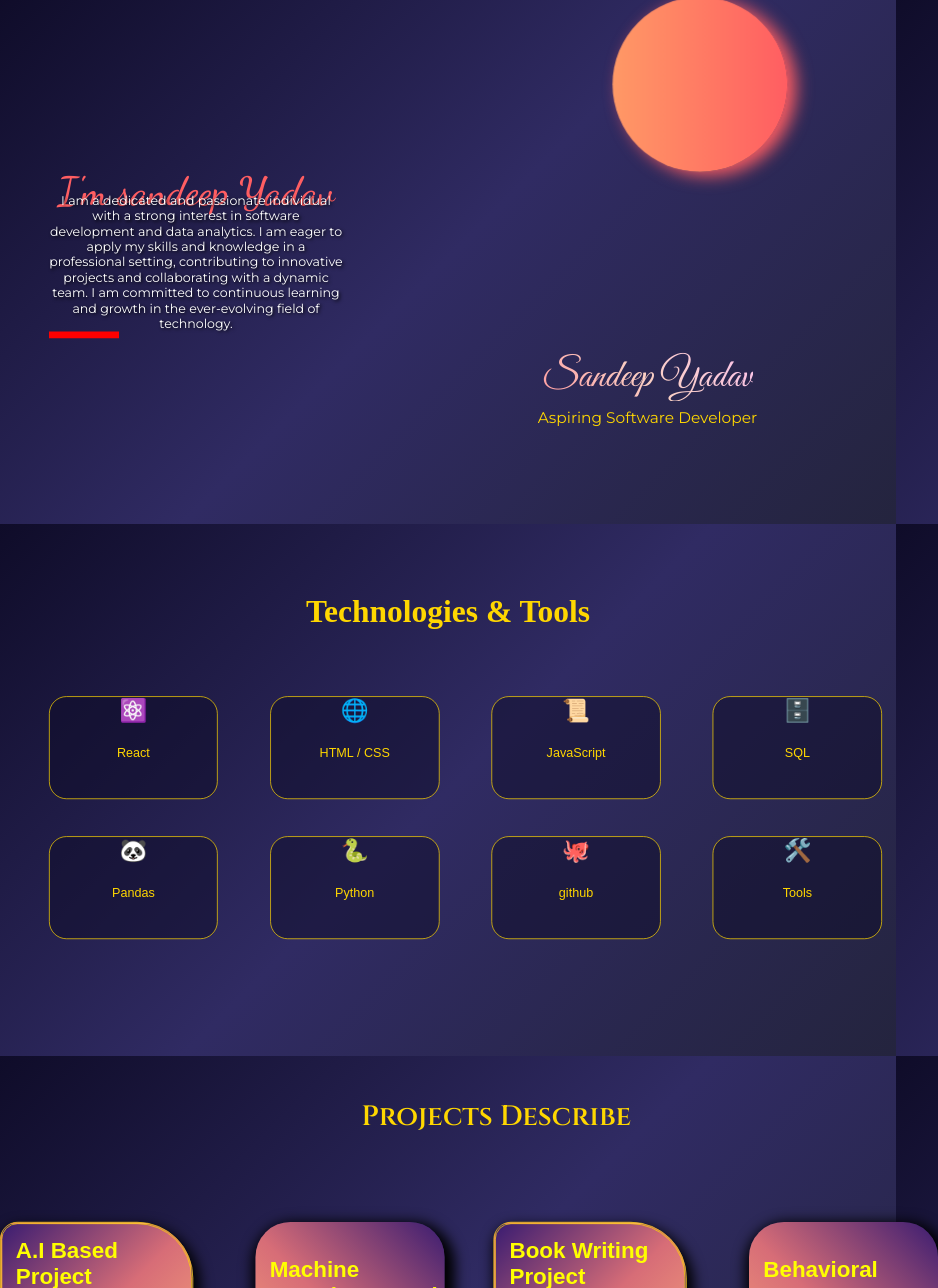
Repository: SandeepYadav18717/Sandeep_portfolio
Page: /
An editor plug-in stored every save of this project. The page is shown before and after the next save, followed by the edit.
The browser window is 1280 px wide. The page is 1340 px wide, so the pictures cover 1340 px, including what lies to the right of the window. The pictures show the part of the page from y = 772 to 2612 px (the page is 3800 px tall before and 3840 px after), at 70% of full size.
The project was rebuilt for these pictures with package versions that can differ from the ones it lists, and the page was loaded fresh each time. Also part of the build but not shown: vite.config.js, src/index.css.

Above is the page before, as saved 2025-09-02 02:08:22.

### index.html
<<<<<<< HEAD
 <!DOCTYPE html>
<html lang="en">
<head>
    <meta charset="UTF-8">
    <meta name="viewport" content="width=device-width, initial-scale=1.0">
    <title>Portfolio - Sandeep Yadav</title>
    <style>
        body {
            margin: 0;
            font-family: 'Arial', sans-serif;
            background-color: #ffffff;
            color: #333333;
            height: 100vh;
            display: flex;
            flex-direction: column;
            justify-content: space-between;
        }

        .container {
            max-width: 1200px;
            margin: 0 auto;
            padding: 20px;
            flex: 1;
        }

        .navbar {
            display: flex;
            justify-content: space-between;
            align-items: center;
            padding: 20px;
            background-color: #f8f8f8;
            box-shadow: 0 4px 8px rgba(0, 0, 0, 0.1);
            animation: slideIn 1s ease-out;
        }

        .navbar ul {
            list-style: none;
            display: flex;
            gap: 20px;
        }

        .navbar ul li {
            display: inline;
        }

        .navbar ul li a {
            color: #333333;
            text-decoration: none;
            font-weight: bold;
            transition: color 0.3s;
        }

        .navbar ul li a:hover {
            color: #007bff;
        }

        .hero {
            text-align: center;
            padding: 100px 20px;
            background: linear-gradient(135deg, #f8f8f8, #ffffff);
            animation: fadeIn 2s ease-in-out;
            flex: 1;
        }

        .hero h1 {
            font-size: 3em;
            margin: 0;
            color: #007bff;
            animation: bounceIn 1.5s ease-in-out;
        }

        .hero p {
            font-size: 1.2em;
            margin: 20px 0;
            color: #333333;
            animation: fadeIn 2s ease-in-out;
        }

        .hero a {
            display: inline-block;
            padding: 10px 20px;
            color: #ffffff;
            background-color: #007bff;
            text-decoration: none;
            border-radius: 5px;
            transition: background-color 0.3s;
            animation: fadeIn 2s ease-in-out;
        }

        .hero a:hover {
            background-color: #0056b3;
        }

        .footer {
            text-align: center;
            padding: 20px;
            background-color: #f8f8f8;
            animation: slideIn 1s ease-out;
        }

        .footer a {
            color: #007bff;
            text-decoration: none;
        }

        @keyframes slideIn {
            from {
                transform: translateY(-100%);
                opacity: 0;
            }
            to {
                transform: translateY(0);
                opacity: 1;
            }
        }

        @keyframes fadeIn {
            from {
                opacity: 0;
            }
            to {
                opacity: 1;
            }
        }

        @keyframes bounceIn {
            0%, 20%, 40%, 60%, 80%, 100% {
                transform: translateY(0);
            }
            50% {
                transform: translateY(-20px);
            }
        }
    </style>
</head>
<body>
    <div class="container">
        <nav class="navbar">
            <div class="logo">
                <h1>Portfolio</h1>
            </div>
            <ul>
                <li><a href="index.html">Home</a></li>
                <li><a href="about sandeep.html">About</a></li>
                <li><a href="Sandeep port experience.html">Skills</a></li>
                <li><a href="Sandeep port certifications.html">Certificates</a></li>
            </ul>
        </nav>

        <section class="hero" id="home">
            <h1>Hello! I Am Sandeep Yadav</h1>
            <p>Welcome to my portfolio. Explore my work and skills.</p>

        </section>

        <footer class="footer">
            <p>Connect with me on <a href="https://instagram.com/sandeepyadav782707?utm_source=qr&igshid=ZDc4ODBmNjlmNQ%3D%3D">Instagram</a> and <a href="https://www.linkedin.com/in/sandeep-yadav-0b6357210">LinkedIn</a></p>
        </footer>
    </div>
</body>
</html>
=======
<!doctype html>
<html lang="en">
  <head>
    <meta charset="UTF-8" />
    <link rel="icon" type="image/svg+xml" href="/vite.svg" />
    <meta name="viewport" content="width=device-width, initial-scale=1.0" />
    <title>Vite + React</title>
  </head>
  <body>
    <div id="root"></div>
    <script type="module" src="/src/main.jsx"></script>
  </body>
</html>
>>>>>>> 4fd1c6c (Initial upload of React portfolio project)

### src/App.jsx
import { useEffect } from "react";
import Navbar from "./navbar/Navbar";
import Index from "./Pages/Index";
import Skills from "./Pages/Skills";
import Cards from "./Cards/Cards";
import Contact from "./Contact/contact";
import "./App.css";

function App() {
  useEffect(() => {
    const observer = new IntersectionObserver(
      (entries) => {
        entries.forEach((entry) => {
          if (entry.isIntersecting) {
            entry.target.classList.add("visible");
          } else {
            entry.target.classList.remove("visible");
          }
        });
      },
      { threshold: 0.2 } // 20% section visible hote hi trigger
    );

    document.querySelectorAll(".section").forEach((sec) => {
      observer.observe(sec);
    });

    return () => observer.disconnect();
  }, []);

  return (
    <>
      <Navbar />
      <section id="home" className="section"><Index /></section>
      <section id="skills" className="section"><Skills /></section>
      <section id="projects" className="section"><Cards /></section>
      <section id="contact" className="section"><Contact /></section>
    </>
  );
}

export default App;

### src/Navbar/Navbar.jsx
import "./Navabr.css";



import { useState,useEffect } from 'react'
function Navbar() {
  const [loaded, setLoaded] = useState(false);

  useEffect(() => {
    // Trigger animation when component mounts
    setLoaded(true);
  }, []);
  function About(){
    location.href = 'Home.jsx';
    console.log("clickedded");
  }
  function Project(){
    location.href = 'Cards.jsx';
    console.log("clicked");
  }

    return (
        <div id="container">
       <a href="#home" className="nav-item">Home</a>
        <a href="#skills" className="nav-item">Skills</a>
        <a href="#projects" className="nav-item">Projects</a>
        <a href="#contact" className="nav-item">Contact</a>
        </div>
    )
}

export default Navbar;

### src/Pages/Index.jsx

import "./Home.css";

function Home() {
  return (
    <>

     <div id="detail">
     <div id="overlay">I'm sandeep Yadav</div>
     <div id="bg-Photo"></div>
     <div id="intro">
          I am a dedicated and passionate individual with a strong interest in
          software development and data analytics. I am eager to apply my skills
          and knowledge in a professional setting, contributing to innovative
          projects and collaborating with a dynamic team. I am committed to
          continuous learning and growth in the ever-evolving field of
          technology.
      <div id="Linkdin">
        <div id="Linkdin">
          <div id="Linkdin"></div></div></div>
        </div>


   <div id="name">
          Sandeep Yadav
        </div>
   <div id="role">
          Aspiring Software Developer
        </div>

     </div>
     <br/><br/><br/><br/><br/>
    </>
  );
}

export default Home;

### src/Pages/Skills.jsx
import { Card } from "../Cards/Cards"
import "./Skills.css"


function Skills() {
  return (
    <>
      <h1> Technologies & Tools</h1>
      <div id="card-skill">
        <Card
          className="card-skill-1"
          title={<h3>⚛️</h3>}
          description="React"
        />
        <Card
          className="card-skill-2"
          title={<h3>🌐</h3>}
          description="HTML / CSS"
        />
        <Card
          className="card-skill-3"
          title={<h3>📜</h3>}
          description="JavaScript"
        />
        <Card
          className="card-skill-4"
          title={<h3>🗄️</h3>}
          description="SQL"
        />
      </div>

      {/* another div line 2 */}
      <div id="card-skill">
        <Card
          className="card-skill-1"
          title={<h3>🐼</h3>}
          description="Pandas"
        />
        <Card
          className="card-skill-2"
          title={<h3>🐍</h3>}
          description="Python"
        />
        <Card
          className="card-skill-3"
          title={<h3>🐙</h3>}
          description="github"
        />
        <Card
          className="card-skill-4"
          title={<h3>🛠️</h3>}
          description="Tools"
        />
      </div>
    </>
  )
}

export default Skills;

### src/Cards/Cards.jsx
import "./Card.css";

function Card(props) {
  return (
    <div className={props.className}>
       {/* //<div className="card-1"> </div> */}
      <div className={props.backClass}>
        {/* //<div className="Back"> </div> */}
        <h3>{props.title}{props.icon}</h3>
          {/* title="Machine Learning Project" */}
        <p>{props.description}</p>
      </div>
    </div>
  );
}

function Cards() {
  return (
    <div>
    <text

        style={{

          color: "#FFD700",
        fontFamily: 'Cinzel',
          textAlign: "center",
          fontSize: "40px",
          marginTop: "25%",
          marginLeft:"40%"
        }}
      >
        Projects Describe
      </text>

      <div id="card-contain">
        {/* Card-1 */}
        <Card
        className="card-1"
        backClass="Back"
        title="A.I Based Project"
        description="Developed a back-end system using Python and pandas to automatically send
          tailored mass emails to more than 1000 recipients. Developed a user-friendly
          front-end   , CSS, and JavaScript, enabling users to upload
          files and extract over 100 email addresses. Successfully implemented logic to
          dynamically populate email templates, reducing 20% manual effort."
        />

        {/* Card-2 */}
        <Card
          className="card-2"
          backClass="Back-X"
          title="Machine Learning Based"
          description="Created a Supervised Learning model for Behavioral Pattern Recognition to
          effectively arrange and distribute time for more than 15 user tasks. 10% more
          user productivity and time savings were achieved through suggested performance
          enhancements and intelligent time allocation using HTML, CSS, JavaScript, and ML."
        />

        {/* Card-3 */}
        <Card
          className="card-3"
          backClass="Back"
          title="Book Writing Project"
          description="Co-authoring a technical book on Machine Learning (ML) concepts and applications with 1+ one or more faculty members.
 Using real-world examples in Python, I have written and organized more than 5 chapters on the basics of supervised learning techniques, such as linear regression.
"
        />

        {/* Card-4 */}
        <Card
          className="card-4"
          backClass="Back-X"
          title="Behavioral Pattern Recognition"
          description="Created a Supervised Learning model for Behavioral Pattern Recognition to
          effectively..."
        />
      </div>
    </div>
  );
}
export { Card };
export default Cards;

### src/Contact/contact.jsx
import { useState } from "react";
import "./contact.css";

function Contact() {
  const [name, setName] = useState("");
  const [Email, setEmail] = useState("");
  const [phone, setPhone] = useState("");
  function on(event){
    setName(event.target.value)

  }
   function email(event){
    setEmail(event.target.value)

  }
   function Phone(event){
    setPhone(event.target.value)

  }


  return (
    <>
    <div id="heading">Get in <span style={{color:"gold"}}>Touch</span> With Us
</div>
<br />
<div id="value">
      <input
        type="text"
        onChange={on}

        placeholder="Enter your name"
        className="input-box"
      /><br />
      {name}

      <br />

      <input
      className="input-box"
        type="email"
        onChange={email}
        placeholder="Enter your Email"
      /><br />
     Email is: {Email}
<br />
       <input
       className="input-box"
        type="Phone"
        onChange={Phone}

        placeholder="Enter your Phone number"
      />
      <br />
      Mobile No:{phone}
      <br />
    <br />

  <button >submit</button>
    </div>
    </>
  );
}


export default Contact;

### src/App.css
html { scroll-behavior: smooth; }

.section {
  min-height: 100vh;
  opacity: 0;
  transform: translateY(80px);
  transition: all 1.2s ease-in-out;
  transition-delay: 0.3s;
}

.section.visible {
  opacity: 1;
  transform: translateY(0);
}

### src/Navbar/Navabr.css
@import url('https://fonts.googleapis.com/css2?family=Press+Start+2P&display=swap');
html {
  scroll-behavior: smooth;
}
#container {
    height: 70px;
    width: 100%;
    display: flex;
    justify-content: space-evenly;
    align-items: center;
    font-family: 'Press Start 2P', cursive;
    color: #4e3940;
    background-color: transparent;
    transition: all 0.2s ease-in-out;
}
#container

.nav-item {
    padding: 10px 25px;
    border-radius: 10px;


    transition: all 0.4s ease;
}

#container .nav-item:hover {
    text-shadow: 2px 2px 5px whitesmoke;
    box-shadow: 0 10px 20px rgba(0,0,0,0.5);
    transform: translateY(-10px) scale(1.1);
    background-color:  #4e3940;
    color: whitesmoke;
    cursor: pointer;
}

body{
    background: linear-gradient(135deg,black);
    height: 100vh;
}

### src/Pages/Home.css
@import url('https://fonts.googleapis.com/css2?family=Great+Vibes&display=swap');
@import url("https://fonts.googleapis.com/css2?family=Dancing+Script:wght@600&display=swap");

#detail {
  position: relative;
  margin-top: 0%;
  height: auto;
  padding: 50px;
  display: flex;
  flex-direction: column;
  align-items: center;
}

#bg-Photo {
  height: 250px;
  width: 250px;
  background: linear-gradient(to right, #ff9966, #ff5e62);
  border-radius: 50%;
  margin-bottom: 30px;
  margin-left: 100vh;
  box-shadow: 12px 5px 25px #ff5e62;
  animation: photoSlide 1.5s ease forwards;
}

@keyframes photoSlide {
  from {
    transform: translateY(-200%);
    opacity: 0;
  }
  to {
    transform: translateY(0);
    opacity: 1;
  }
}


#name {
  font-family: 'Montserrat', sans-serif;
  font-size: 30px;
  color: white;
  margin-bottom: 10px;
  margin-left: 50%;
  animation: nameSlide 1.5s ease forwards;
}

@keyframes nameSlide {
  from {
    transform: translateX(-100%);
    opacity: 0;
  }
  to {
    transform: translateX(0);
    opacity: 1;
  }
}


#role {
  font-family: 'Montserrat', sans-serif;
  font-size: 22px;
  color: #ffd700;
  margin-bottom: 20px;
  animation: roleSlide 1.5s ease forwards;
  margin-left: 50%;
}

@keyframes roleSlide {
  from {
    transform: translateX(100%);
    opacity: 0;
  }
  to {
    transform: translateX(0);
    opacity: 1;
  }
}


#intro {
  font-family: 'Montserrat', sans-serif;
  font-size: 18px;
  color: white;
  text-align: center;
  margin-right: 100vh;
  max-width: 100vh;
  text-shadow: 2px 2px 5px black;
  animation: introSlide 2s ease forwards;
  opacity: 0;
}

@keyframes introSlide {
  from {
    transform: translateY(200%);
    opacity: 0;
  }
  to {
    transform: translateY(0);
    opacity: 1;
  }
}
#overlay {
  position: absolute;
  color:  #ff5e62;
  top: 40%;
  left: 5%;
  font-size: 400%;
  height: 100%;
}

#name {
  font-family: 'Great Vibes', cursive;
  font-size: 3.5rem;
  text-align: center;
  margin-top: 20px;


  background: linear-gradient(45deg, #ff9a9e, #fad0c4, #fbc2eb);
  background-clip: text;
  -webkit-text-fill-color: transparent;
}
#overlay{
   font-family:  'Dancing Script', cursive;
  font-size: 3.5rem;
  text-align: center;


}
#Linkdin{
  height:10px;
  width:100px;
  background-color: red;

}

### src/Pages/Skills.css
@import url("https://fonts.googleapis.com/css2?family=Monoton&display=swap");

html {
  scroll-behavior: smooth;
}
h1 {
  text-align: center;
  color: gold;

  margin-top: 20px;
  font-size: 250%;
  margin-top: 5%;
  font-family: 'Bebas Neue';
}
#card-skill {
  height: 200px;
  display: flex;

  align-items: center;
  gap:2%;
  border-radius: 20px;
  color: white;
  width:100%




}
.card-skill-1,.card-skill-2,.card-skill-3,.card-skill-4{
    background-color:  rgba(15, 12, 41, 0.7);
    border: 1px solid gold;
    height:145px;
    width:250px;
    background: rgba(15, 12, 41, 0.5);
    border-radius: 25px;
    margin-left: 4%;
    margin-top: 5%;
    text-align: center;
    color: #ffd700


 ;


}
.card-skill-1:hover,.card-skill-2:hover,.card-skill-3:hover,.card-skill-4:hover,.card-skill.h3:hover{
    border-color: #ffd700;
    box-shadow: 10px 15px 15px rgba(255, 215, 0, 0.2),  0 2.5px 5px crimson;
    transform: scale(1.3);
    border:2px, double ,gold;

}
.card-skill.h3 {
  color: yellow;
  background: transparent;
  display: inline-block;
  font-size: 20px;
  transition: transform 0.3s ease, color 0.3s ease;
  height: 35px;
  width:250px;
}

### src/Cards/Card.css
@import url('https://fonts.googleapis.com/css2?family=Montserrat:wght@400;700&display=swap');
@import url('https://fonts.googleapis.com/css2?family=Cinzel:wght@600&display=swap');

.aesthetic-heading {
  font-family: 'Cinzel', serif;
  font-size: 65px;
  letter-spacing: 4px;
  color: #e0c097;
  text-align: center;
  margin-top: 50px;
  text-shadow: 2px 2px 15px rgba(224, 192, 151, 0.6);
}

#card-contain{
    display: flex;

    height:250px;
    margin-top: 10%;
    justify-content: center;
    border-radius: 25px;
    gap:4%



}


.Back {
  background: linear-gradient(135deg, #3a1c71, #d76d77, #ffaf7b);
  height: 250px;
  width: 250px;
  border-radius: 25px 80px 25px  80px;
  border: 3px double gold;
   margin-left: 0px;
   padding-left: 20px;
   padding-top: 20px;
  transition: transform 0s ease;
  box-shadow: 5px 10px 18px 5px black ;
  animation: card 1s ease-in-out 0s;

}
@keyframes card {
  0%{
    transform: scale(0.5);
    opacity: 0;


  }


  100%{
    transform: scale(1);
    opacity: 200;
  }

}

.Back:hover {
 transform: rotateY(180deg);
 height:400px;
 color: wheat;
  background: linear-gradient(135deg, #0f0c29, #302b63, #24243e);
  border: 3px solid gold;
  box-shadow: 5px 10px 18px  crimson;
  font-family:'Montserrat' ;
}

.Back-X {
  background: linear-gradient(-135deg, #3a1c71, #d76d77, #ffaf7b);
  height: 250px;
  width: 250px;
  padding-left: 20px;
  padding-top: 50px;
  border-radius: 50px;
   margin-left: 0px;
  transition: transform 0s ease;
  box-shadow: 5px 10px 18px 10px black;


}
.Back-X:hover {
  transform: rotateX(180deg);
 height:400px;
 padding-top: 20px;
 color: wheat;
  background: linear-gradient(135deg, #0f0c29, #302b63, #24243e);
  border: 3px solid gold;
  box-shadow: 5px 10px 18px  crimson;
  font-family:'Montserrat' ;



}

.card-1,.card-3  {
  border-radius: 25px;
  height: 250px;
   margin-left: 40px;
  color: transparent;
  transition: transform 1s ease;


}
.card-1:hover {
  transform: rotateY(180deg);


}


.card-2,.card-4 {

  height: 450px;
  width: 250px;
  border-radius: 25px;
   margin-left: 40px;
  transition: transform 1s ease;
  color: transparent;

}

.card-2:hover {
  transform: rotatex(180deg);

}


.card-3:hover {
  transform: rotateY(180deg);
   color: wheat;
}

.card-4:hover {
  transform: rotateX(180deg);

}
body{
 background: linear-gradient(135deg, #0f0c29, #302b63, #24243e);
            color: #f8f8f8;
            min-height: 100vh;
            padding: 20px;
}
h3{
  color: yellow;
  font-size: xx-large;
  margin-top:0% ;
}
h3:hover{
  color: yellow;

  margin-top:0% ;
}
p{
  margin-top: 0%;
}

### src/Contact/contact.css
html {
  scroll-behavior: smooth;
}

body{
    background-color: azure;
    color: aqua;
    font-size: large;
}
.input-box {
             display: inline-flex;
            align-items: center;
            gap: 15px;
            margin-top: 2%;
            padding: 18px 40px;
            background: linear-gradient(135deg, var(--gold) 0%, #B8860B 100%);
            color: var(--dark);
            border: none;
            font-weight: 600;
            border-radius: 2px;
            transition: var(--transition);
            box-shadow: 0 10px 30px rgba(212, 175, 55, 0.3);
            cursor: pointer;



}
@keyframes input {
   25% {
    transform: translateY(-1225px);
  }
  50% {
    transform: translateZ(100px) translateY(100px);
  }
  75% {
    transform: translateZ(1225px);
  }
}


.input-box:focus {
  border-color: #007bff;
  box-shadow: -4px 15px 25px rgba(240, 241, 243, 0.5);
  width: 500px;

}
button{
    display: inline-flex;
            align-items: center;

            gap: 15px;
            padding: 18px 40px;
            background: linear-gradient(to right, #ff9966, #ff5e62);
            color: Gold;
            border: yellow;
            font-weight: 600;
            border-radius: 2px;
            transition: var(--transition);
            box-shadow: 0 10px 30px rgba(212, 175, 55, 0.3);
            cursor: pointer;
}
button:hover{
     transform: translateY(-3px);
            box-shadow: 0 15px 40px rgba(212, 175, 55, 0.4);
}
#heading{
    font-size: xxx-large;
    color:  #f9dcdc;
    text-shadow: 1px 1px 4px  gold;
    text-align: center;
}

Loaded but not shown: src/main.jsx (common file)

After the next save:
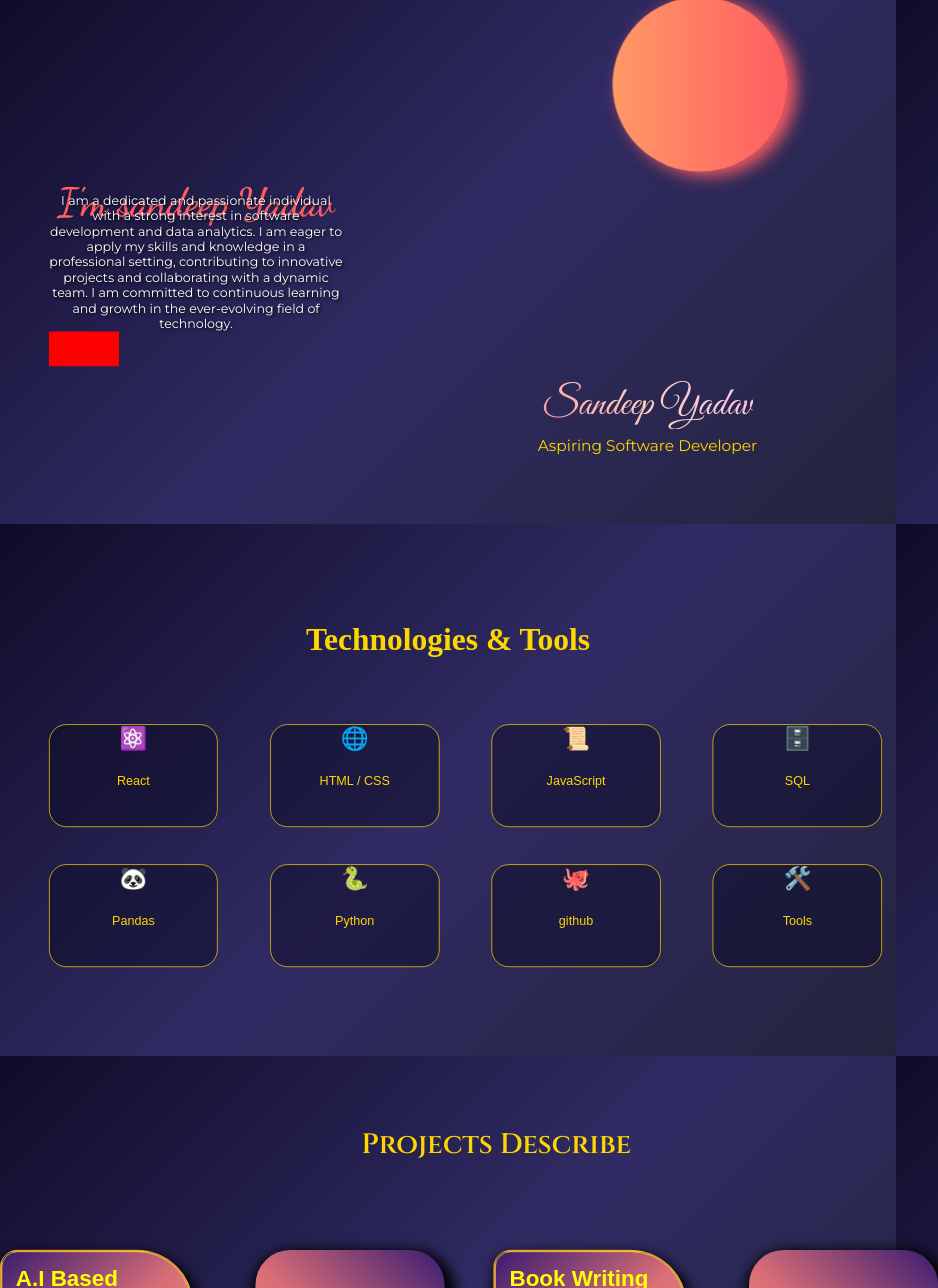
Saved 23 s later.
--- a/src/Pages/Home.css
+++ b/src/Pages/Home.css
@@ -126,7 +126,7 @@
 
 }
 #Linkdin{
-  height:10px;
+  height:50px;
   width:100px;
   background-color: red;
 
